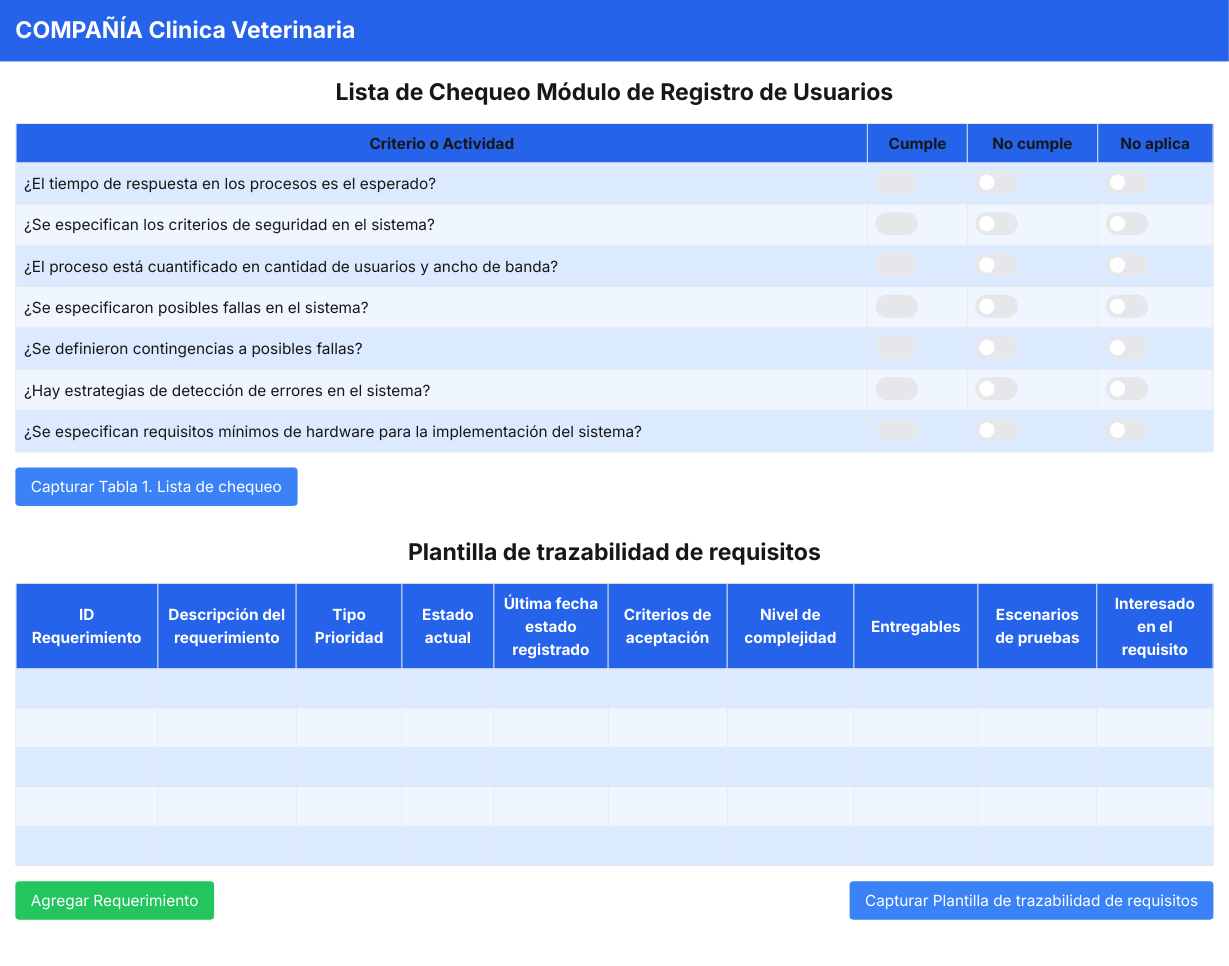
Repository: CiroAlfa/lista-de-Chequeo
Page: /
These files come from the project's save history. The page is drawn as it stood at one moment and after the next save; the edit follows.
The browser window is 1280 px wide. The pictures show the whole page, at 96% of full size.
The project was rebuilt for these pictures with package versions that can differ from the ones it lists, and the page was loaded fresh each time. The framework's server and built-in components were replaced by stand-ins that run in the browser. Also part of the build but not shown: next.config.mjs.

Above is the page before, as saved 2024-09-27 12:42:21.

After the next save:
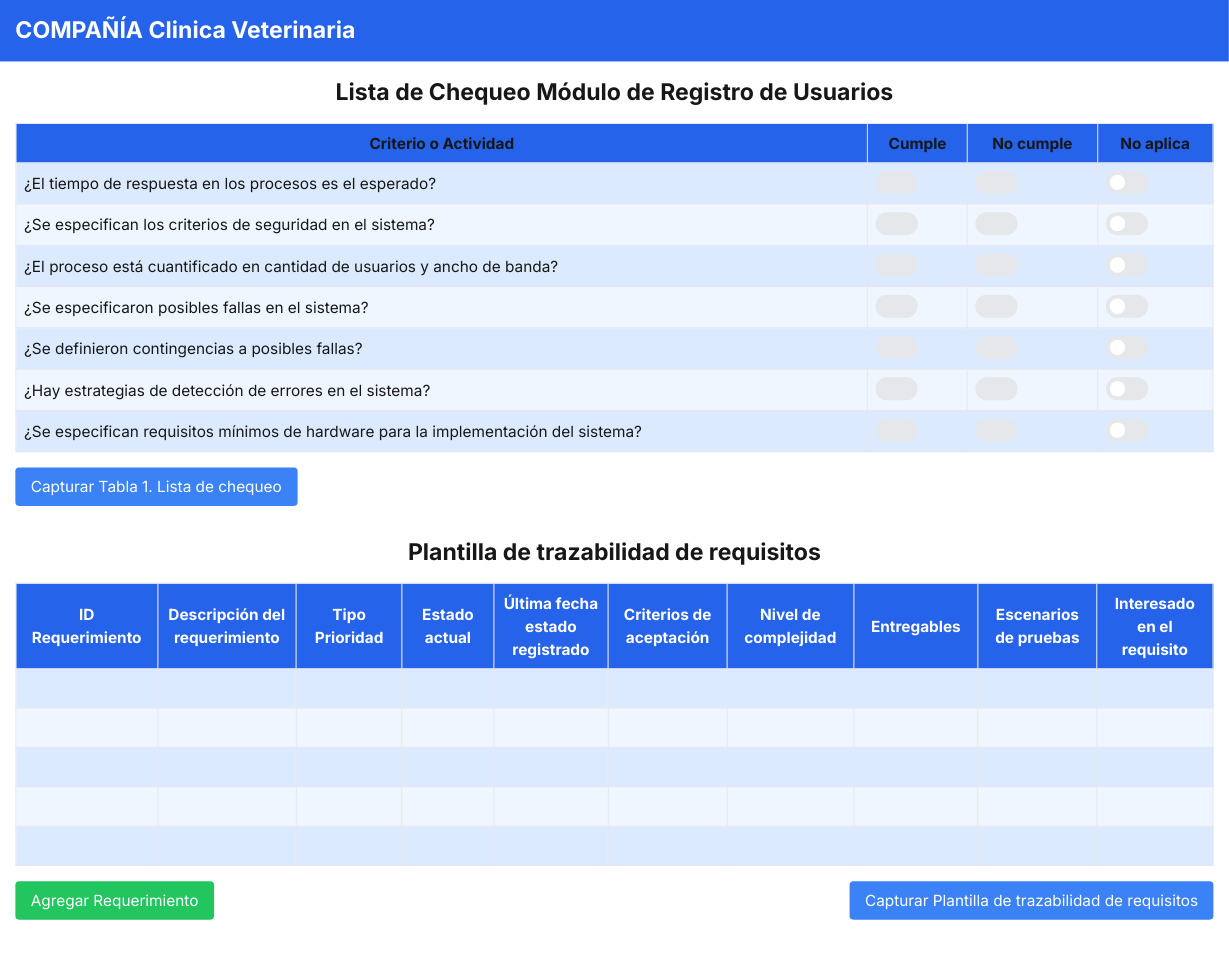
Saved 19 s later.
--- a/src/app/page.tsx
+++ b/src/app/page.tsx
@@ -133,7 +133,7 @@ export default function Home() {
                     onChange={() => handleChecklistChange(item.id, 'noCumple')}
                     className={`${item.noCumple ? 'bg-blue-600' : 'bg-gray-200'} relative inline-flex h-6 w-11 items-center rounded-full`}
                   >
-                    <span className={`${item.noCumple ? 'translate-x-6' : 'translate-x-1'} inline-block h-4 w-4 transform rounded-full bg-white transition`} />
+                    <span className={`${item.noCumple ? 'translate-x-6' : 'translate-x-1'} inline-block h-4 w-4 transform rounded-full bg-red transition`} />
                   </Switch>
                 </td>
                 <td className="border p-2">
